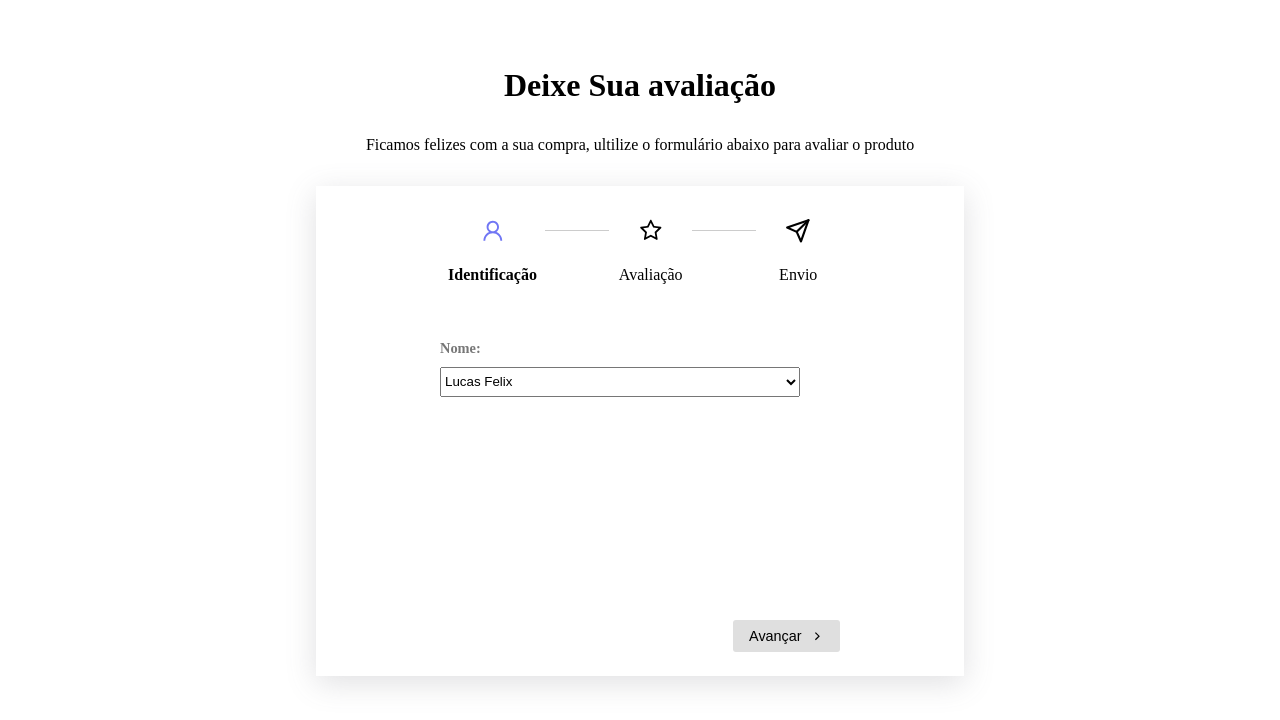
Repository: pheonix5/formulario_stap
Page: /
The author's editor kept a copy of each file at every save. The page is drawn from the files as they stood at one save, then again after the next save.
The browser window is 1280 px wide. The pictures show the whole page.
The project was rebuilt for these pictures with package versions that can differ from the ones it lists, and the page was loaded fresh each time. Also part of the build but not shown: vite.config.js, src/components/ReviewForm.css, src/components/ReviewForm.tsx, src/components/Thanks.css, src/components/Thanks.tsx.

Above is the page before, as saved 2023-05-24 21:14:16.

### index.html
<!DOCTYPE html>
<html lang="en">
  <head>
    <meta charset="UTF-8" />
    <link rel="icon" type="image/svg+xml" href="/vite.svg" />
    <meta name="viewport" content="width=device-width, initial-scale=1.0" />
    <title>Multistep com React</title>
    <link rel="preconnect" href="https://fonts.googleapis.com">
    <link rel="preconnect" href="https://fonts.gstatic.com" crossorigin>
    <link href="https://fonts.googleapis.com/css2?family=Barlow:ital,wght@0,100;0,200;0,300;0,400;0,500;0,600;0,700;0,800;0,900;1,100;1,200;1,300;1,400;1,500;1,600;1,700;1,800;1,900&display=swap" rel="stylesheet">
  </head>
  <body>
    <div id="root"></div>
    <script type="module" src="/src/main.jsx"></script>
  </body>
</html>

### src/main.jsx
import React from 'react'
import ReactDOM from 'react-dom/client'
import { router } from './App'

import { RouterProvider } from 'react-router-dom'

ReactDOM.createRoot(document.getElementById('root')).render(
  <React.StrictMode>
    <RouterProvider router={router}/>
  </React.StrictMode>,
)

### src/App.jsx

import { createBrowserRouter } from 'react-router-dom'

import Formulario from './pages/Formulario'

const router = createBrowserRouter([
  {
    path: '/',
    element: <Formulario/>
  }
])

export { router };

### src/pages/Formulario/index.tsx
/* eslint-disable react/jsx-key */
/* eslint-disable no-unused-vars */
// Components
import React, { useState } from 'react';

import {GrFormNext, GrFormPrevious} from 'react-icons/gr';
import { FiSend } from 'react-icons/fi';
import UserForm from '../../components/UserForm';
import ReviewForm from '../../components/ReviewForm';
import Thanks from '../../components/Thanks';
import Steps from '../../components/Steps';

// Hooks
import { useForm } from '../../hooks/useForm'
import './style.css'

const formTemplate ={
  name: "",
  email: "",
  review: "",
  comment: "",
}


export default function Formulario() {
  const [data, setData] = useState(formTemplate);

  const updateFieldHandler = (key, value) => {
    setData((prev) => {
      return {...prev, [key]: value};
    })
  }

  const formComponents = [
    <UserForm data={data} updateFieldHandler={updateFieldHandler}/>,
    <ReviewForm data={data} updateFieldHandler={updateFieldHandler}/>,
    <Thanks data={data}/>
  ];

  const { currentStep, currentComponent, changeStep, isLastStep, isFirstStep } = useForm(formComponents);

  return (
   <div className='app'>

    <div className="header">
      <h2>Deixe Sua avaliação</h2>
      <p>Ficamos felizes com a sua compra, ultilize o formulário abaixo para avaliar o produto</p>
    </div>

    <div className="form-container">
      <Steps currentStep={currentStep}/>
      <form onSubmit={(e) => changeStep(currentStep + 1, e)}>
        <div className="inputs-container">{currentComponent}</div>
        <div className="actions">

          {!isFirstStep && (
            <button type='button' onClick={() => changeStep(currentStep -1 )}>
              <GrFormPrevious/>
              <span>Voltar</span>
          </button>
          )}

          {!isLastStep ? (
            <button type='submit'>
              <span>Avançar</span>
              <GrFormNext/>
            </button>
          ) : (
            <button type='button'>
            <span>Enviar</span>
            <FiSend/>
          </button>
          )}

        </div>
      </form>
    </div>

   </div>
  )
}

### src/components/UserForm.tsx
import React from "react";
import './Userform.css'

const UserForm = ({ data, updateFieldHandler }) =>{
  return (
    <div>
      <div className="form-control">
        <label htmlFor="">Nome:</label>
        {/* <input
          type="text"
          name="text"
          id="name"
          placeholder="Digite o seu nome"
          required
          value={data.name || ""}
          onChange={(e) => updateFieldHandler('name', e.target.value)}
        /> */}

        <select
          name="text"
          id="name"
        >

          <option  value={data.name || "Lucas"}>Lucas Felix</option>
          <option  value={data.name || "Camila"}>Camila Vitoria</option>
          <option  value={data.name || "Amanda"}>Amanda Caroline</option>
          <option  value={data.name || "Ronara"}>Ronara Fernanda</option>
        </select>
      </div>

    </div>
  )
}

export default UserForm;

### src/components/Steps.jsx
import { AiOutlineUser, AiOutlineStar } from 'react-icons/ai';
import { FiSend } from 'react-icons/fi'

import React from "react"
import './Steps.css'

const Steps = ({ currentStep }) =>{
  return (
    <div className="steps">
      <div className="step active">
        <AiOutlineUser/>
        <p>Identificação</p>
      </div>
      <div className={`step ${currentStep >= 1 ? "active" : ""}`}>
        <AiOutlineStar/>
        <p>Avaliação</p>
      </div>
      <div className={`step ${currentStep >= 2 ? "active" : ""}`}>
        <FiSend/>
        <p>Envio</p>
      </div>
    </div>
  )
}

export default Steps;

### src/hooks/useForm.jsx
/* eslint-disable no-unused-vars */
import { useState } from "react";

export function useForm(steps){
  const [currentStep, setCurrentStep] = useState(0)

  function changeStep(i, e){
    if(e) e.preventDefault();

    if(i < 0 || i >= steps.length) return;

    setCurrentStep(i)
  }

  return{
    currentStep,
    currentComponent: steps[currentStep],
    changeStep,
    isLastStep: currentStep +1 === steps.length ? true : false,
    isFirstStep: currentStep === 0 ? true : false,
  }
}

### src/pages/Formulario/style.css
.app{
  padding: 2rem;
}

/* Cabeçalho*/
.header{
  text-align: center;
  margin-bottom: 2rem;
}

.header h2{
  font-size: 2rem;
  margin-bottom: 2rem;
}

/* Forms  */
.form-container{
  max-width: 600px;
  margin: 0 auto;
  background-color: #FFF;
  padding: 1.5rem;
  box-shadow: rgba(100, 100, 111, 0.2) 0px 7px 29px 0px;
}

.form-container form{
  max-width: 400px;
  margin: 0 auto;
}

.inputs-container{
  min-height: 280px;
}

.form-control {
  display: flex;
  flex-direction: column;
  gap: 0.6rem;
  margin-bottom: 2rem;
}

label{
  font-weight: bold;
  color: #777;
  font-size: 0.9rem;
}

input,
textarea{
  padding: .6rem;
  border: none;
  border-radius: 3px;
  box-shadow: rgba(99, 99, 99, 0.2) 0px 2px 8px 0;
}

textarea{
  height: 120px;
}

/* Actions */
.actions{
  display: flex;
  justify-content: flex-end;
  gap: 1rem;
}

.actions button{
  font-size: .9rem;
  padding: .5rem 1rem;
  display: flex;
  gap: 0.5rem;
  align-items: center;
  border-radius: 3px;
  background-color: #DFDFDF;
  cursor: pointer;
  border: none;
  transition: 0.3s;
}

.actions button:hover{
  background-color: #CFCFCF;
}

### src/components/UserForm.css
.form-control select{
  width: 90%;
  height: 30px;
  position: relative;
  overflow: hidden;
}

### src/components/Steps.css
.steps{
  display: flex;
  gap: 4rem;
  justify-content: center;
  align-items: center;
  max-width: 400px;
  margin: 0 auto;
  position: relative;
  margin-bottom: 2rem;
}

.steps::after{
  content: "";
  width: 380px;
  border-bottom: 1px solid #ccc;
  position: absolute;
  top: 20px
}

.step{
  text-align: center;
  background-color: #FFF;
  z-index: 1;
  width: 120px;
  padding: 0.5rem;
}

.step svg{
  font-size: 1.6rem;
  margin-bottom: .2rem;
}

.active{
  font-weight: bold;
}

.active svg{
  fill: #7076f4;
}

After the next save:
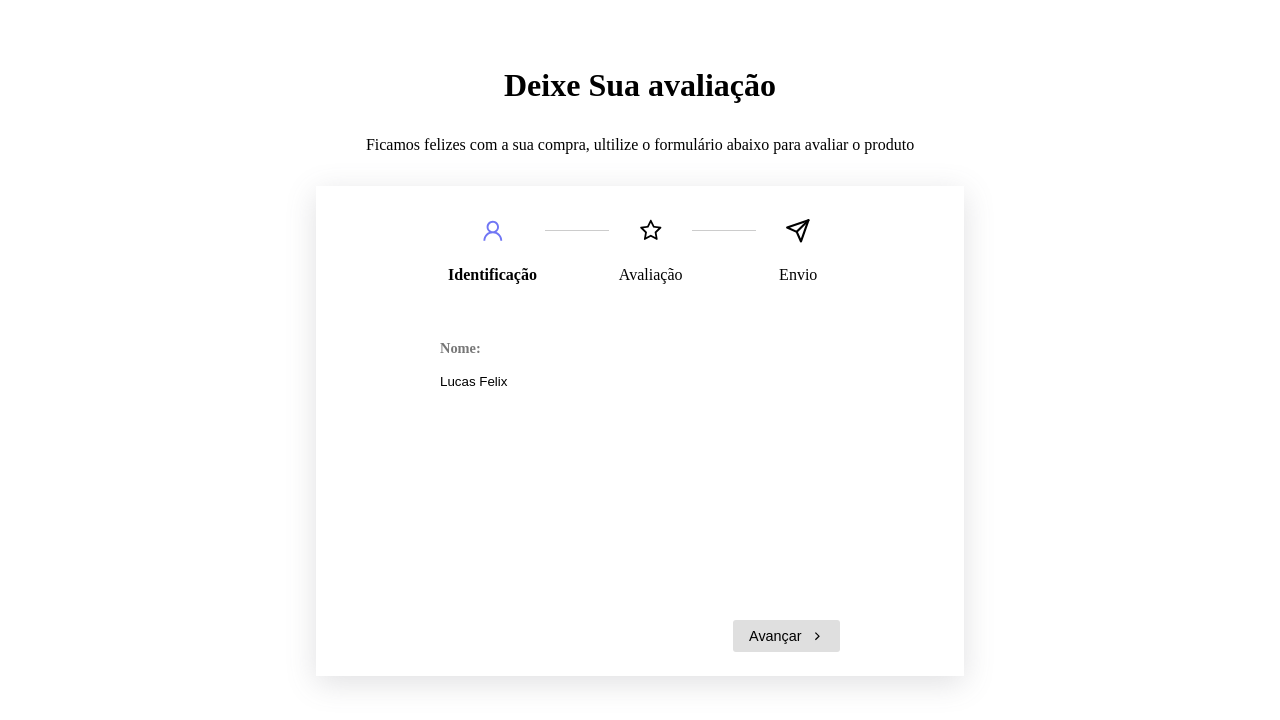
Saved 47 s later.
--- a/src/components/UserForm.css
+++ b/src/components/UserForm.css
@@ -1,6 +1,10 @@
 .form-control select{
   width: 90%;
   height: 30px;
-  position: relative;
-  overflow: hidden;
+  margin: 0;
+  padding: 0;
+  border: none;
+  outline: none;
+  background: transparent;
+  appearance: none;
 }
